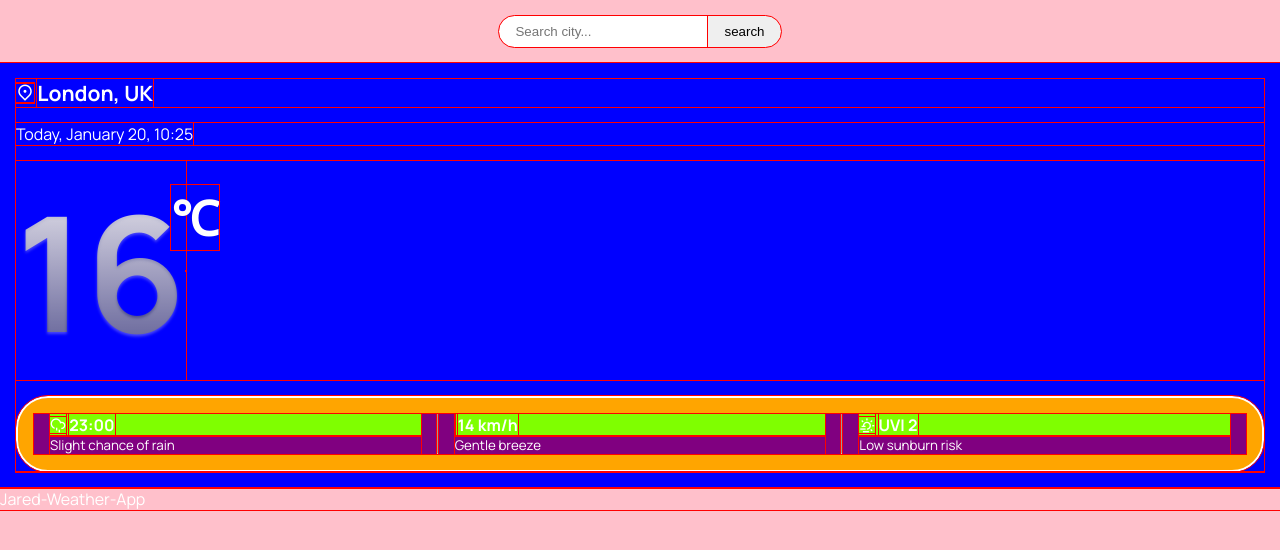
Repository: EguJaredoBoyd/Jared-Weather-App
Page: main.html
These files come from the project's save history. The page is drawn as it stood at one moment and after the next save; the edit follows.
The browser window is 1280 px wide. The pictures show the whole page.
Some icons come from a web library that is not loaded, so they are not drawn. Some web libraries are served in a nearby version.

Above is the page before, as saved 2026-01-23 23:26:37.

After the next save:
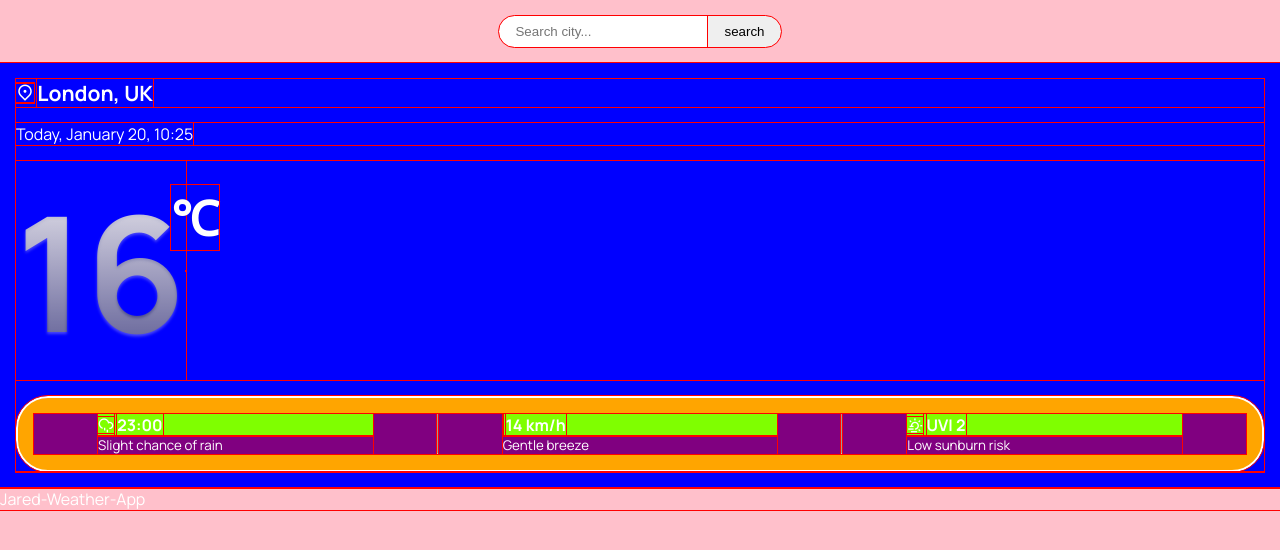
Saved 8 s later.
--- a/css/styles.css
+++ b/css/styles.css
@@ -102,7 +102,7 @@
 }
 
 .forecast-item {
-  padding: 0 1rem;
+  padding: 0 4rem;
   background-color: purple;
   width: 100%;
   max-width: 100%;

After the save that followed:
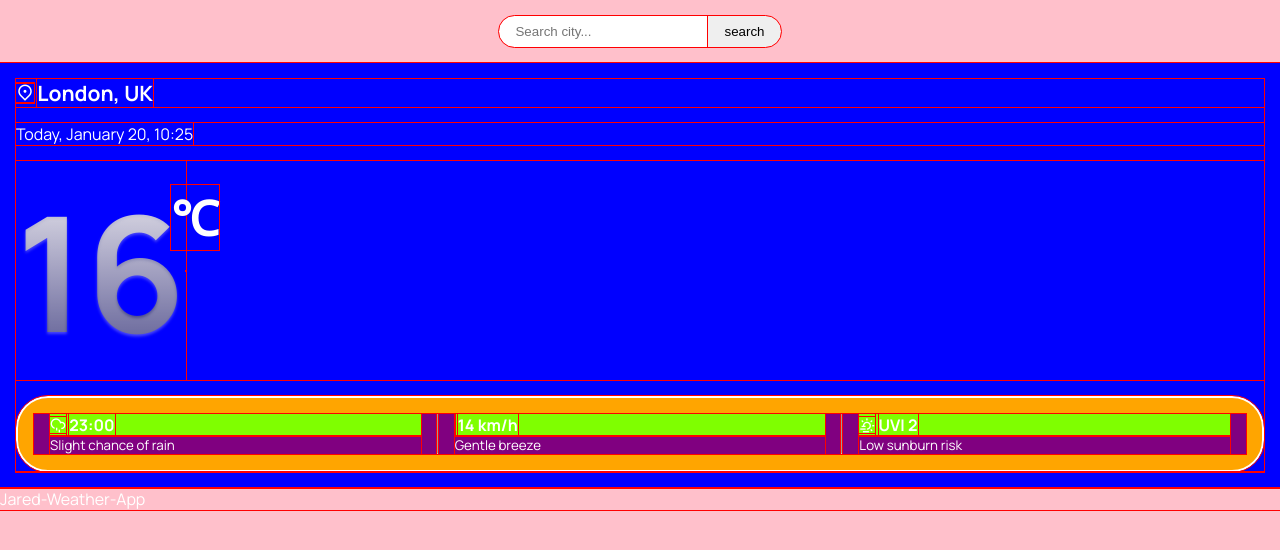
Saved 7 s later.
--- a/css/styles.css
+++ b/css/styles.css
@@ -102,7 +102,7 @@
 }
 
 .forecast-item {
-  padding: 0 4rem;
+  padding: 0 1rem;
   background-color: purple;
   width: 100%;
   max-width: 100%;
